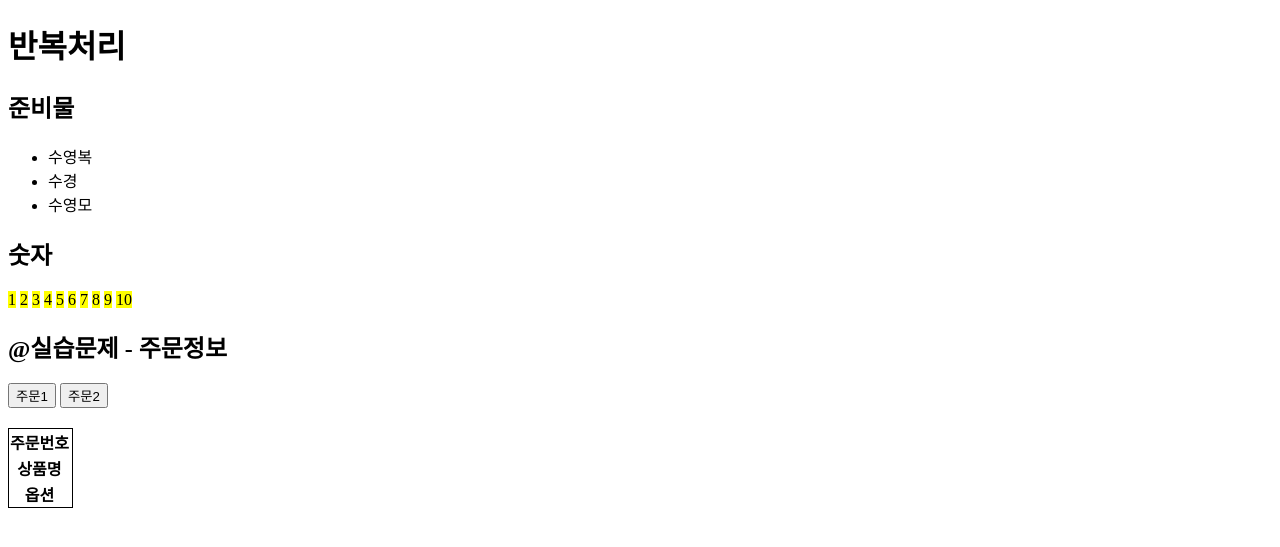
Repository: Sookyeong0505/web_server_workspace
Page: http://localhost/hello-web/jsp/loop.jsp
These files come from the project's save history. The page is drawn as it stood at one moment and after the next save; the edit follows.
The browser window is 1280 px wide. The pictures show the whole page.
The page is served by Tomcat 9.

Above is the page before, as saved 2023-06-21 00:52:15.

After the next save:
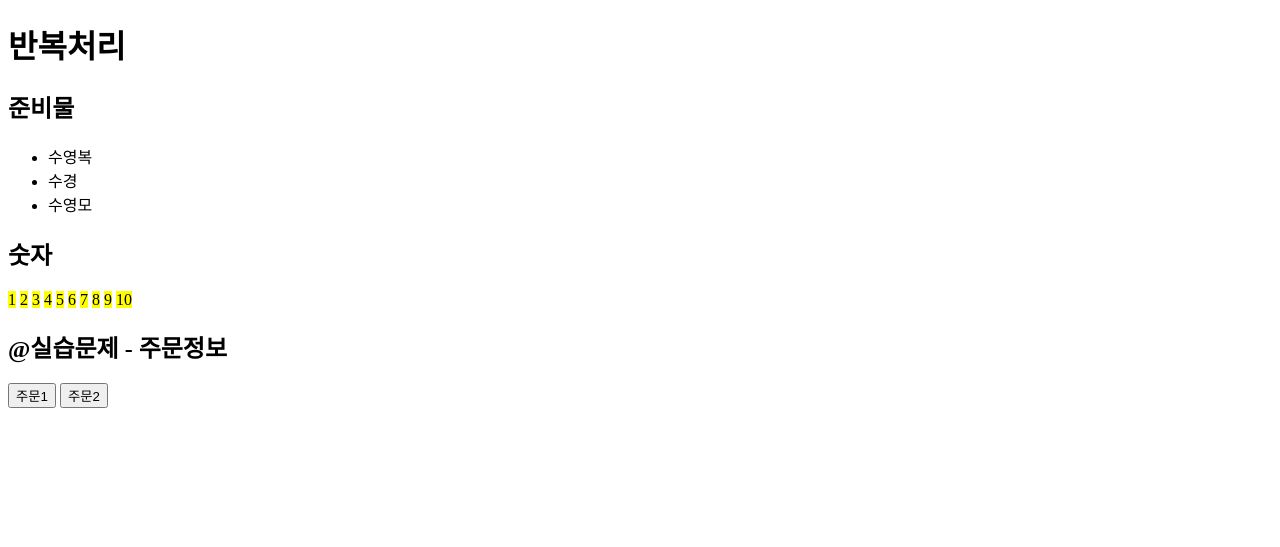
Saved 4 min 1 s later.
--- a/hello-web/src/main/webapp/jsp/loop.jsp
+++ b/hello-web/src/main/webapp/jsp/loop.jsp
@@ -54,21 +54,25 @@
 
 
 %>
+
+<% if (no != null && prod != null) { %>
 	<table>
 		<tr>
 			<th>주문번호</th>
-			<td></td>
+			<td><%= no %></td>
 		</tr>
 		<tr>
 			<th>상품명</th>
-			<td></td>
+			<td><%= prod %></td>
 		</tr>
+<%		for (int i=0; options!=null && i<options.length; i++) {  %>
 		<tr>
 			<th>옵션</th>
 			<td></td>
 		</tr>
+<%		}  %>
 	</table>
-
+<% } %>
 
 </body>
 </html>
